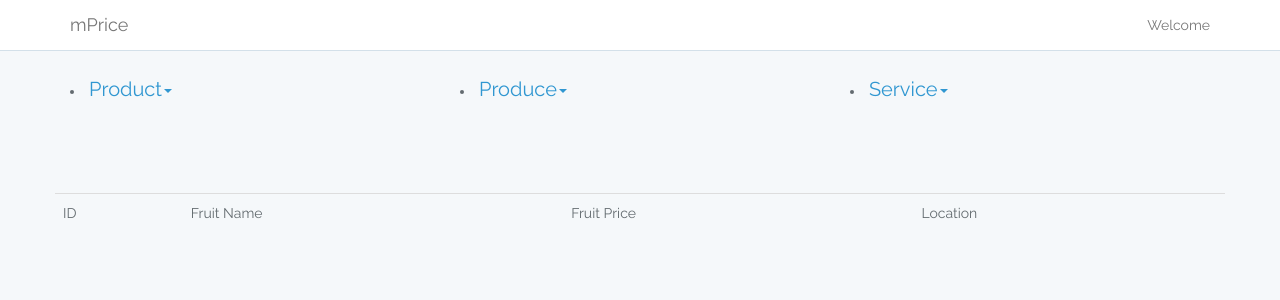
Repository: Maxyee/Mprice
Page: http://localhost/farmer/fisheriesData
The author's editor kept a record of every edit. The page is drawn from the files as they stood at one moment, then again after the next edit.
The browser window is 1280 px wide. The pictures show the whole page.
The page is served by the project's Laravel application, run on PHP 8.4 with Laravel 8. Other server files are loaded and not shown. Queries for data that is not in the repository find no rows.

Above is the page before.

### workspace/routes/web.php
<?php

/*
|--------------------------------------------------------------------------
| Web Routes
|--------------------------------------------------------------------------
|
| Here is where you can register web routes for your application. These
| routes are loaded by the RouteServiceProvider within a group which
| contains the "web" middleware group. Now create something great!
|
*/



Route::get('/', function () {
    return view('welcome');
});

Route::get('/farmerapp', function () {
    return view('farmerapp');
});




Auth::routes();

Route::get('/home', 'HomeController@index');

// Lets make Admin Route Group
Route::prefix('admin')->group(function() {
  Route::get('/login', 'Auth\AdminLoginController@showLoginForm')->name('admin.login');
  Route::post('/login', 'Auth\AdminLoginController@login')->name('admin.login.submit');
  Route::get('/', 'AdminController@index')->name('admin.dashboard');
});

//Supplier routes
//Route::get('/supplier', 'SupplierController@index');
Route::prefix('supplier')->group(function() {
  Route::get('/login', 'Auth\SupplierLoginController@showLoginForm')->name('supplier.login');
  Route::post('/login', 'Auth\SupplierLoginController@login')->name('supplier.login.submit');
  Route::get('/', 'SupplierController@index')->name('supplier.dashboard');
});

Route::prefix('supplier')->group(function (){
   Route::get('/register', 'Auth\SupplierRegisterController@showRegisterForm')->name('supplier.register');
   Route::post('/register', 'Auth\SupplierRegisterController@register')->name('supplier.register.submit');

   //Supplier Product Input Routes ------>
   Route::get('/productinput', 'PagesController@productinput')->name('supplier.productinput');
   Route::get('/productinput/seed', 'PagesController@seed')->name('supplier.seed');
   Route::get('/productinput/fertilizer', 'PagesController@fertilizer')->name('supplier.fertilizer');
   Route::get('/productinput/pesticide', 'PagesController@pesticide')->name('supplier.pesticide');
   Route::get('/productinput/feed', 'PagesController@feed')->name('supplier.feed');

   //All Post Route for Product Input ----->
   Route::post('/productinput/seed', 'SeedController@store')->name('supplier.seed.submit');
   Route::post('/productinput/fertilizer', 'FertilizerController@store')->name('supplier.fertilizer.submit');
   Route::post('/productinput/pesticide', 'PesticideController@store')->name('supplier.pesticide.submit');
   Route::post('/productinput/feed', 'FeedController@store')->name('supplier.feed.submit');

   //Supplier Produce Input Routes ----->
   Route::get('/produceinput', 'PagesController@produceinput')->name('supplier.produceinput');
   Route::get('/produceinput/crop', 'PagesController@crop')->name('supplier.crop');
   Route::get('/produceinput/fruit', 'PagesController@fruit')->name('supplier.fruit');
   Route::get('/produceinput/flower', 'PagesController@flower')->name('supplier.flower');
   Route::get('/produceinput/fisheries', 'PagesController@fisheries')->name('supplier.fisheries');
   Route::get('/produceinput/dairyandpoultry', 'PagesController@dairyandpoultry')->name('supplier.dairyandpoultry');

   //All Post Route for Produce Input ----->
   Route::post('/produceinput/crop', 'CropController@store')->name('supplier.crop.submit');
   Route::post('/produceinput/fruit', 'FruitController@store')->name('supplier.fruit.submit');
   Route::post('/produceinput/flower', 'FlowerController@store')->name('supplier.flower.submit');
   Route::post('/produceinput/fisheries', 'FisheriesController@store')->name('supplier.fisheries.submit');
   Route::post('/produceinput/dairyandpoultry', 'DairyandpoultryController@store')->name('supplier.dairyandpoultry.submit');



   //Supplier Service Input Routes ------>
   Route::get('/serviceinput', 'PagesController@serviceinput')->name('supplier.serviceinput');
   Route::get('/serviceinput/Information_advisoryservice', 'PagesController@Information_advisoryservice')->name('supplier.Information_advisoryservice');
   Route::get('/serviceinput/finance', 'PagesController@finance')->name('supplier.finance');
   //Route::get('/','SupplierRegisterController@index')->name('supplier.dashboard');

   //All Post Route for Service Input ----->
   Route::get('/serviceinput/Information_advisoryservice', 'InfoController@store')->name('supplier.Information_advisoryservice');
   Route::get('/serviceinput/finance', 'FinanceController@store')->name('supplier.finance');

});

//Farmer Login Route:----
Route::prefix('farmer')->group(function() {
  Route::get('/login', 'Auth\FarmerLoginController@showLoginForm')->name('farmer.login');
  Route::post('/login', 'Auth\FarmerLoginController@login')->name('farmer.login.submit');
  Route::get('/', 'FarmerController@index')->name('farmer.dashboard');
});

//Farmer Register Route:----
Route::prefix('farmer')->group(function (){
   Route::get('/register', 'Auth\FarmerRegisterController@showRegisterForm')->name('farmer.register');
   Route::post('/register', 'Auth\FarmerRegisterController@register')->name('farmer.register.submit');
   //Route::get('/','SupplierRegisterController@index')->name('supplier.dashboard');
});

//Farmer PriceView Route : ------>

Route::prefix('farmer')->group(function (){

    //Farmer Product Data view Route ------>
    Route::get('/seedData', 'SeedController@show')->name('farmer.seedData');
    Route::get('/fertilizerData', 'FertilizerController@show')->name('farmer.fertilizerData');
    Route::get('/pesticideData', 'PesticideController@show')->name('farmer.pesticideData');
    Route::get('/feedData', 'FeedController@show')->name('farmer.feedData');
    //Route::get('/seedData', 'FarmerDataController@seedData')->name('farmer.seedData');
    //Route::get('/fertilizerData', 'FarmerDataController@fertilizerData')->name('farmer.fertilizerData');
    //Route::get('/pesticideData', 'FarmerDataController@pesticideData')->name('farmer.pesticideData');
    //Route::get('/feedData', 'FarmerDataController@feedData')->name('farmer.feedData');


    //Farmer Produce Data View Route ------->

    Route::get('/cropData', 'CropController@show')->name('farmer.cropData');
    Route::get('/fruitData', 'FruitController@show')->name('farmer.fruitData');
    Route::get('/flowerData', 'FlowerController@show')->name('farmer.flowerData');
    Route::get('/fisheriesData', 'FisheriesController@show')->name('farmer.fisheriesData');
    Route::get('/dairyandpoultryData', 'DairyandpoultryController@show')->name('farmer.dairyandpoultryData');

    //Route::get('/cropData', 'FarmerDataController@cropData')->name('farmer.cropData');
    //Route::get('/fruitData', 'FarmerDataController@fruitData')->name('farmer.fruitData');
    //Route::get('/flowerData', 'FarmerDataController@flowerData')->name('farmer.flowerData');
    //Route::get('/fisheriesData', 'FarmerDataController@fisheriesData')->name('farmer.fisheriesData');
    //Route::get('/dairyandpoultryData', 'FarmerDataController@dairyandpoultryData')->name('farmer.dairyandpoultryData');

    //Farmer Service Data View Route --------->
    Route::get('/Information_advisoryserviceData', 'InfoController@show')->name('farmer.Information_advisoryserviceData');
    Route::get('/financeData', 'FinanceController@show')->name('farmer.financeData');

    //Route::get('/Information_advisoryserviceData', 'FarmerDataController@Information_advisoryserviceData')->name('farmer.Information_advisoryserviceData');
    //Route::get('/financeData', 'FarmerDataController@financeData')->name('farmer.financeData');

});

### workspace/app/Http/Controllers/FisheriesController.php
<?php

namespace App\Http\Controllers;

use Request;

use App\Fisheries;

class FisheriesController extends Controller
{
    /**
     * Display a listing of the resource.
     *
     * @return \Illuminate\Http\Response
     */
    public function index()
    {
        return view('fisheries');
    }

    /**
     * Show the form for creating a new resource.
     *
     * @return \Illuminate\Http\Response
     */
    public function create()
    {

    }

    /**
     * Store a newly created resource in storage.
     *
     * @param  \Illuminate\Http\Request  $request
     * @return \Illuminate\Http\Response
     */
    public function store(Request $request)
    {
        Fisheries::create(Request::all());
        return 'Data Inserted Successfully';
    }

    /**
     * Display the specified resource.
     *
     * @param  int  $id
     * @return \Illuminate\Http\Response
     */
    public function show()
    {
        $fruits = Fisheries::all();
        return view('fruitData', ['fruits' => $fruits ]);
    }

    /**
     * Show the form for editing the specified resource.
     *
     * @param  int  $id
     * @return \Illuminate\Http\Response
     */
    public function edit($id)
    {
        //
    }

    /**
     * Update the specified resource in storage.
     *
     * @param  \Illuminate\Http\Request  $request
     * @param  int  $id
     * @return \Illuminate\Http\Response
     */
    public function update(Request $request, $id)
    {
        //
    }

    /**
     * Remove the specified resource from storage.
     *
     * @param  int  $id
     * @return \Illuminate\Http\Response
     */
    public function destroy($id)
    {
        //
    }
}

### workspace/app/Fisheries.php
<?php

namespace App;

use Illuminate\Database\Eloquent\Model;

class Fisheries extends Model
{
    protected $fillable = ['fisherie_name','fisherie_price','location'];

    protected $table = 'fisheries';
}

### workspace/resources/views/fruitData.blade.php
@extends('layouts.app')

@section('content')
<div class="container">
    <div class="row" style="height:30px;">
        <div class="col-lg-4">
            <li class="dropdown">
                <a href="#" class="dropdown-toggle" data-toggle="dropdown" role="button" aria-expanded="false" style="font-size:20px">
                    Product<span class="caret"></span>
                </a>

                <ul class="dropdown-menu" role="menu">
                    <li><a href="{{ route('farmer.seedData') }}">Seed</a></li>
                    <li><a href="{{ route('farmer.fertilizerData') }}">Fertilizer</a></li>
                    <li><a href="{{ route('farmer.pesticideData') }}">Pesticide</a></li>
                    <li><a href="{{ route('farmer.feedData') }}">Feed</a></li>
                </ul>
            </li>
        </div>

        <div class="col-lg-4">
            <li class="dropdown">
                <a href="#" class="dropdown-toggle" data-toggle="dropdown" role="button" aria-expanded="false" style="font-size:20px">
                    Produce<span class="caret"></span>
                </a>

                <ul class="dropdown-menu" role="menu">
                    <li><a href="{{ route('farmer.cropData') }}">Crop</a></li>
                    <li><a href="{{ route('farmer.fruitData') }}">Fruit</a></li>
                    <li><a href="{{ route('farmer.flowerData') }}">Flower</a></li>
                    <li><a href="{{ route('farmer.fisheriesData') }}">Fisheries</a></li>
                    <li><a href="{{ route('farmer.dairyandpoultryData') }}">Dairy and Poultry</a></li>
                </ul>
            </li>
        </div>

        <div class="col-lg-4">
            <li class="dropdown">
                <a href="#" class="dropdown-toggle" data-toggle="dropdown" role="button" aria-expanded="false" style="font-size:20px">
                    Service<span class="caret"></span>
                </a>

                <ul class="dropdown-menu" role="menu">
                    <li><a href="{{ route('farmer.Information_advisoryserviceData') }}">Information & advisory service</a></li>
                    <li><a href="{{ route('farmer.financeData') }}">Finance</a></li>
                </ul>
            </li>
        </div>
    </div>
    <br>
    <br>
    <br>
    <br>
    <div class="row">
        <table class="table">
            <tr>
                <td>ID</td>
                <td>Fruit Name</td>
                <td>Fruit Price</td>
                <td>Location</td>
            </tr>
            <?php
            foreach ($fruits as $fruit) {
            ?>
            <tr>
                <td><?php echo $fruit->id ?></td>
                <td><?php echo $fruit->fruit_name ?></td>
                <td><?php echo $fruit->fruit_price ?></td>
                <td><?php echo $fruit->location ?></td>
            </tr>
            <?php
            }
            ?>
        </table>




    </div>
</div>
@endsection

### workspace/resources/views/layouts/app.blade.php
<!DOCTYPE html>
<html lang="{{ config('app.locale') }}">
<head>
    <meta charset="utf-8">
    <meta http-equiv="X-UA-Compatible" content="IE=edge">
    <meta name="viewport" content="width=device-width, initial-scale=1">

    <!-- CSRF Token -->
    <meta name="csrf-token" content="{{ csrf_token() }}">

    <title>{{ config('app.name', 'Laravel') }}</title>

    <!-- Styles -->
    <link href="{{ asset('css/app.css') }}" rel="stylesheet">

    <!-- Scripts -->
    <script>
        window.Laravel = {!! json_encode([
            'csrfToken' => csrf_token(),
        ]) !!};
    </script>
</head>
<body>
    <div id="app">
        <nav class="navbar navbar-default navbar-static-top">
            <div class="container">
                <div class="navbar-header">

                    <!-- Collapsed Hamburger -->
                    <button type="button" class="navbar-toggle collapsed" data-toggle="collapse" data-target="#app-navbar-collapse">
                        <span class="sr-only">Toggle Navigation</span>
                        <span class="icon-bar"></span>
                        <span class="icon-bar"></span>
                        <span class="icon-bar"></span>
                    </button>

                    <!-- Branding Image -->
                    <a class="navbar-brand" href="{{ url('/') }}">
                        {{ config('app.name', 'mPrice') }}
                    </a>
                </div>

                <div class="collapse navbar-collapse" id="app-navbar-collapse">
                    <!-- Left Side Of Navbar -->
                    <ul class="nav navbar-nav">
                        &nbsp;
                    </ul>

                    <!-- Right Side Of Navbar -->
                    <ul class="nav navbar-nav navbar-right">
                        <!-- Authentication Links -->
                        @if (Auth::guest())
                            <li><a href="#">Welcome</a></li>
                           <!-- <li><a href="{{ route('register') }}">Register</a></li> -->
                        @else
                            <li class="dropdown">
                                <a href="#" class="dropdown-toggle" data-toggle="dropdown" role="button" aria-expanded="false">
                                    {{ Auth::user()->name }} <span class="caret"></span>
                                </a>

                                <ul class="dropdown-menu" role="menu">
                                    <li>
                                        <a href="{{ route('logout') }}"
                                            onclick="event.preventDefault();
                                                     document.getElementById('logout-form').submit();">
                                            Logout
                                        </a>

                                        <form id="logout-form" action="{{ route('logout') }}" method="POST" style="display: none;">
                                            {{ csrf_field() }}
                                        </form>
                                    </li>
                                </ul>
                            </li>
                        @endif
                    </ul>
                </div>
            </div>
        </nav>

        @yield('content')
    </div>

    <!-- Scripts -->
    <script src="{{ asset('js/app.js') }}"></script>
</body>
</html>

### workspace/resources/views/fisheriesData.blade.php
@extends('layouts.app')

@section('content')
<div class="container">
    <div class="row" style="height:30px;">
        <div class="col-lg-4">
            <li class="dropdown">
                <a href="#" class="dropdown-toggle" data-toggle="dropdown" role="button" aria-expanded="false" style="font-size:20px">
                    Product<span class="caret"></span>
                </a>

                <ul class="dropdown-menu" role="menu">
                    <li><a href="{{ route('farmer.seedData') }}">Seed</a></li>
                    <li><a href="{{ route('farmer.fertilizerData') }}">Fertilizer</a></li>
                    <li><a href="{{ route('farmer.pesticideData') }}">Pesticide</a></li>
                    <li><a href="{{ route('farmer.feedData') }}">Feed</a></li>
                </ul>
            </li>
        </div>

        <div class="col-lg-4">
            <li class="dropdown">
                <a href="#" class="dropdown-toggle" data-toggle="dropdown" role="button" aria-expanded="false" style="font-size:20px">
                    Produce<span class="caret"></span>
                </a>

                <ul class="dropdown-menu" role="menu">
                    <li><a href="{{ route('farmer.cropData') }}">Crop</a></li>
                    <li><a href="{{ route('farmer.fruitData') }}">Fruit</a></li>
                    <li><a href="{{ route('farmer.flowerData') }}">Flower</a></li>
                    <li><a href="{{ route('farmer.fisheriesData') }}">Fisheries</a></li>
                    <li><a href="{{ route('farmer.dairyandpoultryData') }}">Dairy and Poultry</a></li>
                </ul>
            </li>
        </div>

        <div class="col-lg-4">
            <li class="dropdown">
                <a href="#" class="dropdown-toggle" data-toggle="dropdown" role="button" aria-expanded="false" style="font-size:20px">
                    Service<span class="caret"></span>
                </a>

                <ul class="dropdown-menu" role="menu">
                    <li><a href="{{ route('farmer.Information_advisoryserviceData') }}">Information & advisory service</a></li>
                    <li><a href="{{ route('farmer.financeData') }}">Finance</a></li>
                </ul>
            </li>
        </div>
    </div>
    <br>
    <br>
    <br>
    <br>
    <div class="row">
        <table class="table">
            <tr>
                <td>ID</td>
                <td>Fisheries Name</td>
                <td>Fisheries Price</td>
                <td>Location</td>
            </tr>
            <?php
            foreach ($fisheries as $fisherie) {
            ?>
            <tr>
                <td><?php echo $fisherie->id ?></td>
                <td><?php echo $fisherie->fisheries_name ?></td>
                <td><?php echo $fisherie->fisheries_price ?></td>
                <td><?php echo $fisherie->location ?></td>
            </tr>
            <?php
            }
            ?>
        </table>




    </div>
</div>
@endsection

Loaded but not shown: workspace/app/Http/Controllers/Auth/LoginController.php (common file); workspace/app/Http/Controllers/Controller.php (common file); workspace/public/css/app.css (library); workspace/public/js/app.js (library)

After the next edit:
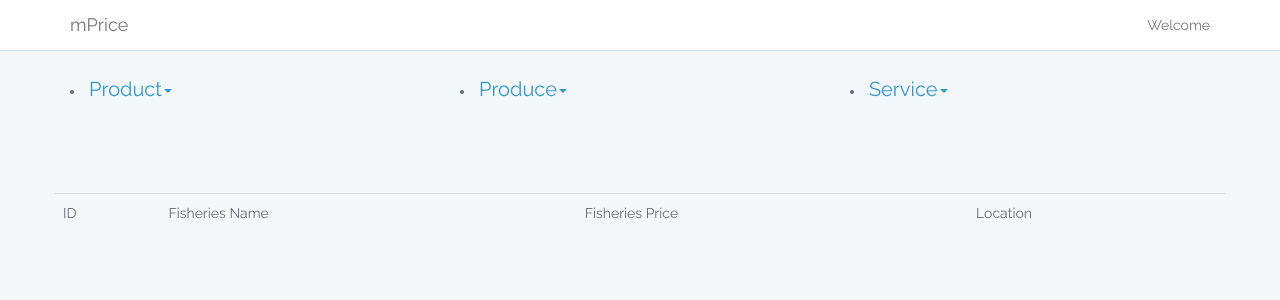
The edit:
--- a/workspace/app/Http/Controllers/FisheriesController.php
+++ b/workspace/app/Http/Controllers/FisheriesController.php
@@ -48,8 +48,8 @@
      */
     public function show()
     {
-        $fruits = Fisheries::all();
-        return view('fruitData', ['fruits' => $fruits ]);
+        $fisheriess = Fisheries::all();
+        return view('fisheriesData', ['fisheries' => $fisheriess ]);
     }
 
     /**
